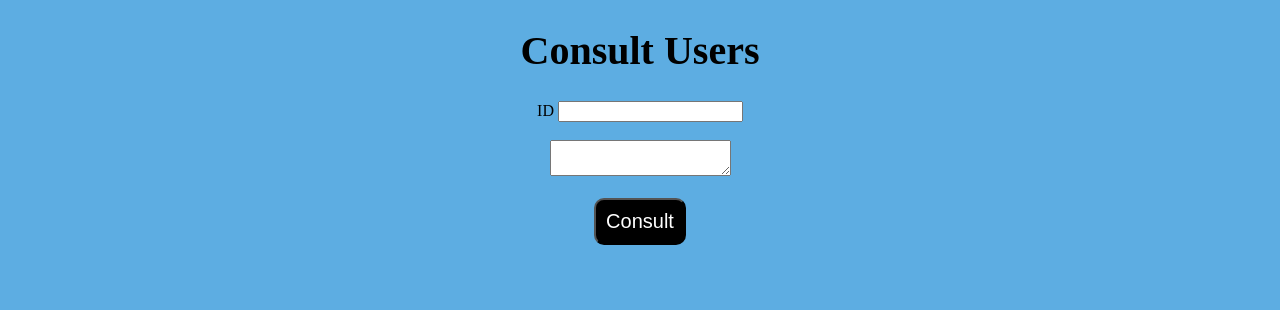
Repository: Grupo7cloud/app-cym-7
Page: templates/consult.html
The author's editor kept a record of every edit. The page is drawn from the files as they stood at one moment, then again after the next edit.
The browser window is 1280 px wide. The pictures show the whole page.

Above is the page before.

### templates/consult.html
<!DOCTYPE html>
<html>
    <head>
        <meta http-equiv="content-type" content="text/html; charset=utf-8" />
        <link rel="stylesheet" href="../static/css/styleConsult.css" type="text/css" media="all" />
        <title>Web App</title>
    </head>
    <body>
        <h1> Consult Users </h1>
        <div>
            <h2></h2>
            <label> ID </label> <input> <br> <br>
            <textarea> </textarea> <br> <br>
            <button> Consult </button>
            </h2>
        </div>
    </body>
</html>

### static/css/styleConsult.css
body {
    background-color: #5DADE2;
}

h1 {
    text-align: center;
    font-size: 40px;
    font-family: cursive;
}

h2 {
    font-family: cursive;
}
div {
    text-align: center;
}

button {
    font-size: 20px;
    background-color: black;
    color: white;
    border-radius: 10px;
    padding: 10px;
}

After the next edit:
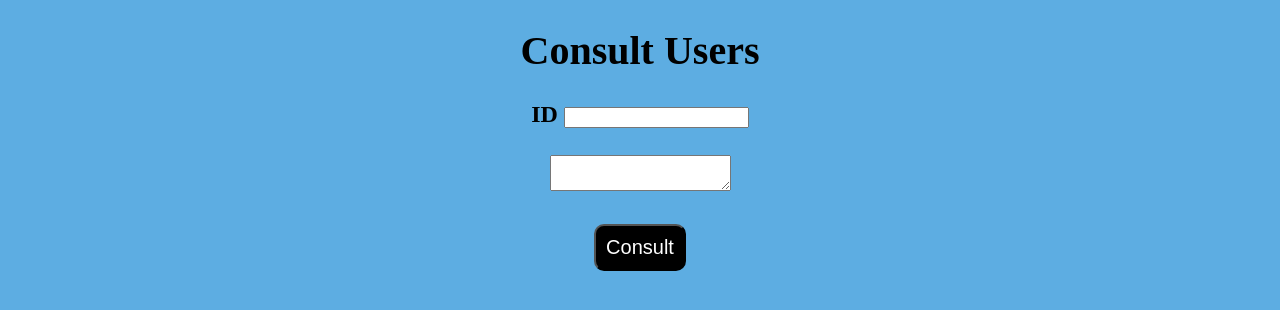
The edit:
--- a/templates/consult.html
+++ b/templates/consult.html
@@ -8,7 +8,7 @@
     <body>
         <h1> Consult Users </h1>
         <div>
-            <h2></h2>
+            <h2>
             <label> ID </label> <input> <br> <br>
             <textarea> </textarea> <br> <br>
             <button> Consult </button>
